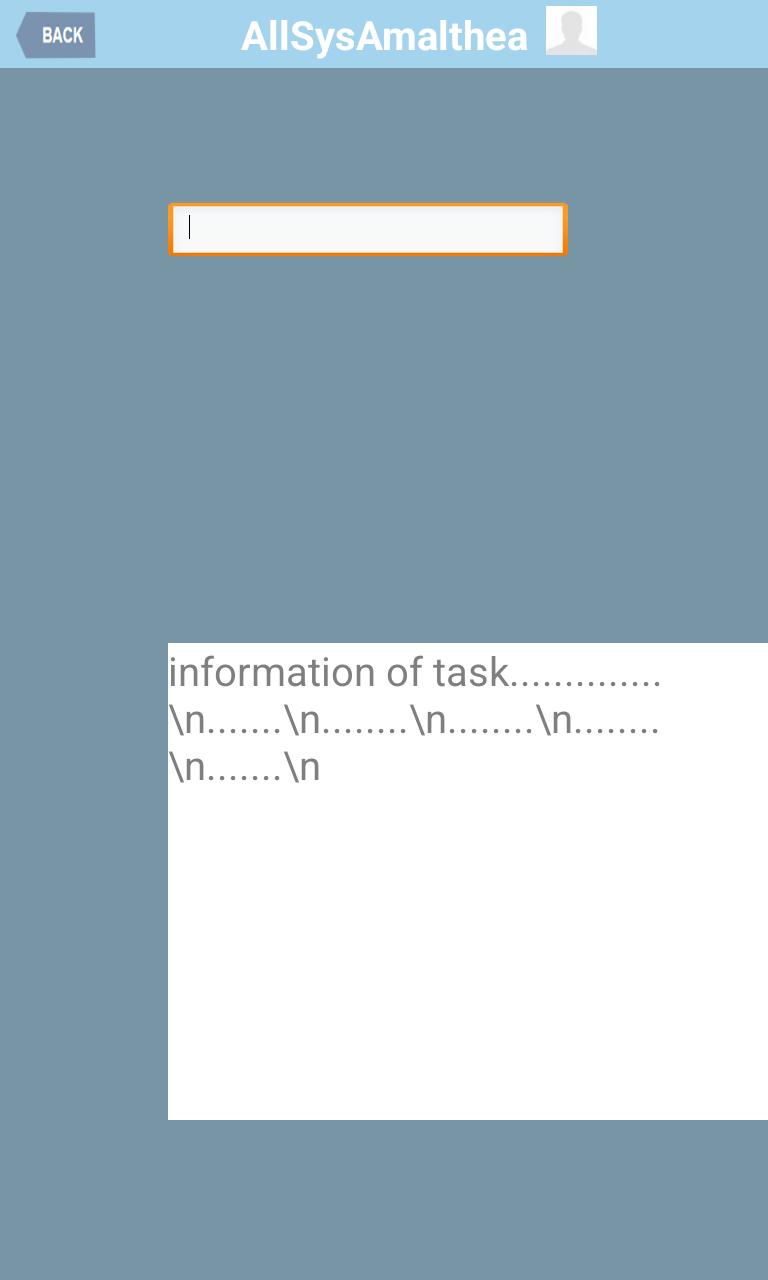
Repository: AllSysAmalthea/AllSys
Layout: APP/AppUI code/代码/Allsys/res/layout/activity_search.xml
The author's editor kept a copy of each file at every save. The layout is drawn from the files as they stood at one save, then again after the next save.
It is drawn on a 768 x 1280 px phone screen (xhdpi) without system bars, with theme android:Theme.NoTitleBar; the app's code is not run.

Above is the layout before, as saved 2015-06-06 07:26:58.

### APP/AppUI code/代码/Allsys/res/layout/activity_search.xml
<RelativeLayout xmlns:android="http://schemas.android.com/apk/res/android"
    xmlns:tools="http://schemas.android.com/tools"
    android:layout_width="match_parent"
    android:layout_height="wrap_content"
    android:layout_gravity="center_horizontal"
    android:background="@drawable/back"
    android:gravity="top"
    tools:context=".VoluteerAvtivity" >

    <AbsoluteLayout
        android:id="@+id/linearLayout1"
        android:layout_width="fill_parent"
        android:layout_height="wrap_content"
        android:orientation="horizontal" >

        <TextView
            android:id="@+id/header_text"
            android:layout_width="fill_parent"
            android:layout_height="68px"
            android:layout_x="0px"
            android:layout_y="0px"
            android:background="#A4D3EE"
            android:gravity="center"
            android:singleLine="true"
            android:text="AllSysAmalthea"
            android:textColor="#ffffff"
            android:textSize="20sp"
            android:textStyle="bold" />

        <ImageButton
            android:id="@+id/user"
            android:layout_width="100px"
            android:layout_height="100px"
            android:layout_x="260dp"
            android:layout_y="-10dp"
            android:background="@drawable/user" />

        <ImageButton
            android:id="@+id/exit"
            android:layout_width="80px"
            android:layout_height="80px"
            android:layout_x="8dp"
            android:layout_y="-4dp"
            android:background="@drawable/pic2" />
    </AbsoluteLayout>

    <TextView
        android:id="@+id/businesscardsingle_content_abstract"
        android:layout_width="300dp"
        android:layout_height="wrap_content"
        android:layout_alignParentBottom="true"
        android:layout_alignParentRight="true"
        android:layout_marginBottom="80dp"
        android:background="#ffffff"
        android:lineSpacingMultiplier="1.0"
        android:lines="10"
        android:text="information of task..............\n.......\n........\n........\n........\n.......\n"
        android:textColor="#7f7f7f"
        android:textSize="20sp" />

    <EditText
        android:id="@+id/searchContent"
        android:layout_width="400px"
        android:layout_height="60px"
        android:layout_alignLeft="@+id/businesscardsingle_content_abstract"
        android:layout_below="@+id/linearLayout1"
        android:layout_marginTop="61dp"
        android:ems="10"
        android:textSize="20sp" >

        <requestFocus />
    </EditText>

</RelativeLayout>

After the next save:
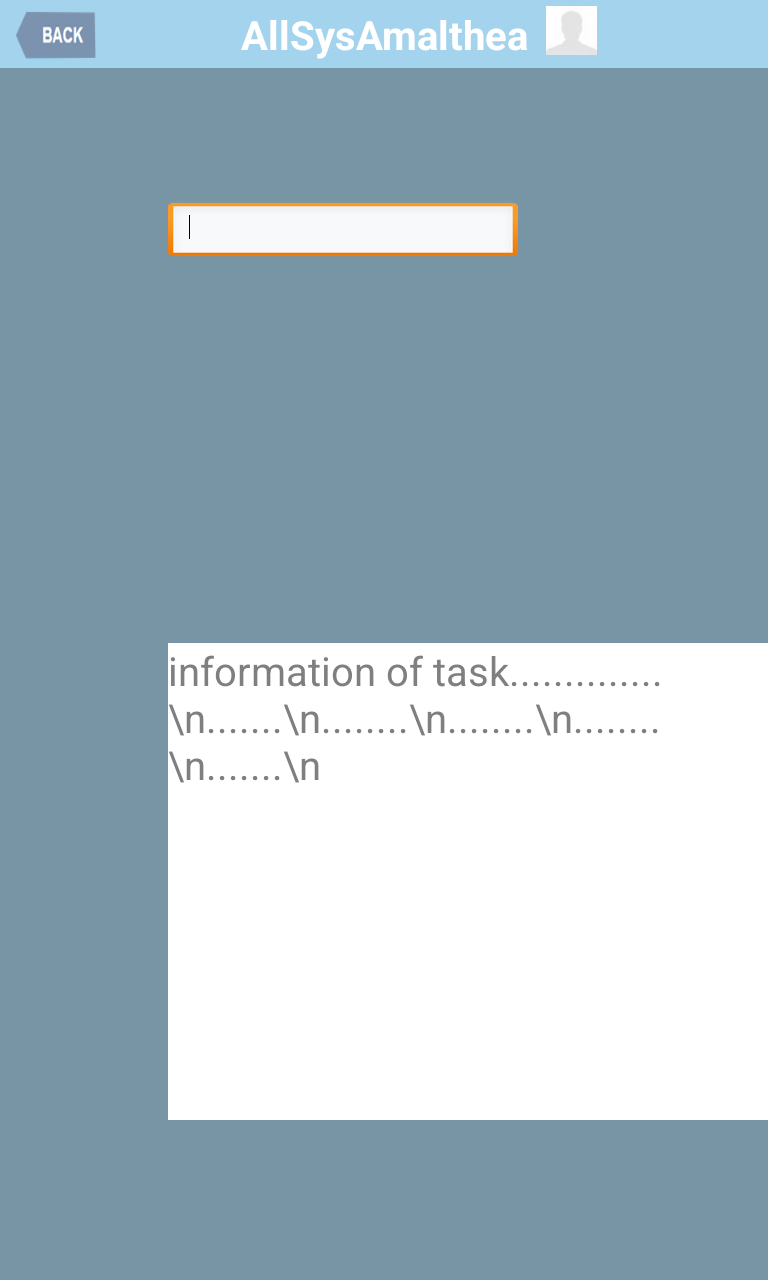
Saved 8 s later.
--- a/APP/AppUI code/代码/Allsys/res/layout/activity_search.xml
+++ b/APP/AppUI code/代码/Allsys/res/layout/activity_search.xml
@@ -60,7 +60,7 @@
 
     <EditText
         android:id="@+id/searchContent"
-        android:layout_width="400px"
+        android:layout_width="350px"
         android:layout_height="60px"
         android:layout_alignLeft="@+id/businesscardsingle_content_abstract"
         android:layout_below="@+id/linearLayout1"
